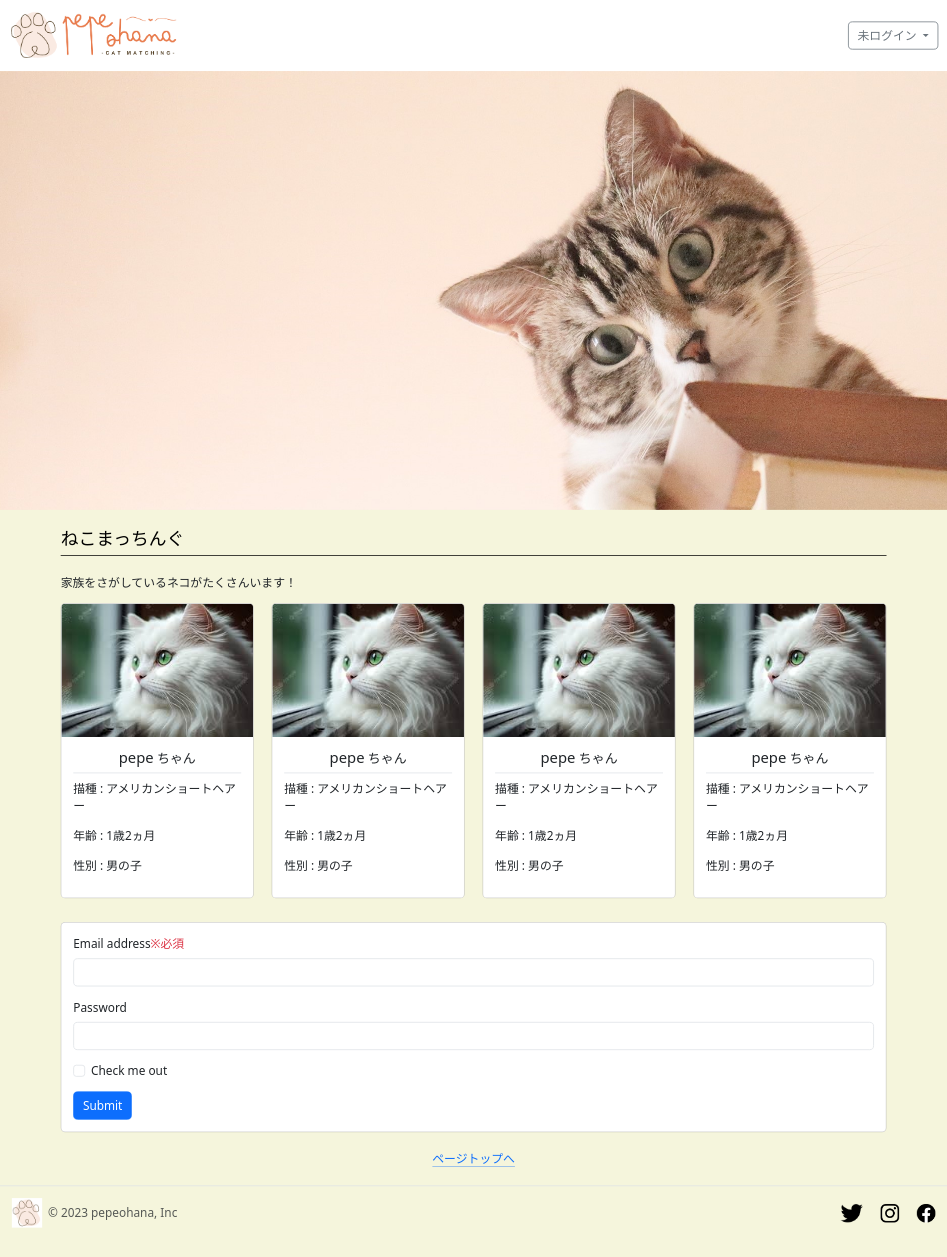
Repository: sakuwell/pepe
Page: http://localhost/PepeOhana/
An editor plug-in stored every save of this project. The page is shown before and after the next save, followed by the edit.
The browser window is 1280 px wide. The pictures show the whole page, at 74% of full size.
The page is served by Tomcat 9. Other server files are loaded and not shown.

Above is the page before, as saved 2023-09-06 05:37:02.

### ExWorkSpace/PepeOhana/src/main/webapp/index.jsp
<%@ page language="java" contentType="text/html; charset=UTF-8"
    pageEncoding="UTF-8"%>
<%@ page import="model.UsersInfoDto" %>

<!DOCTYPE html>
<html lang="ja">
<head>
    <meta charset="UTF-8">
    <meta name="viewport" content="width=device-width, initial-scale=1.0">
    <!-- Bootstrap CSS -->
    <link href="https://cdn.jsdelivr.net/npm/bootstrap@5.3.0/dist/css/bootstrap.min.css" rel="stylesheet" integrity="sha384-9ndCyUaIbzAi2FUVXJi0CjmCapSmO7SnpJef0486qhLnuZ2cdeRhO02iuK6FUUVM" crossorigin="anonymous">
    <script src="https://cdn.jsdelivr.net/npm/bootstrap@5.3.0/dist/js/bootstrap.bundle.min.js" integrity="sha384-geWF76RCwLtnZ8qwWowPQNguL3RmwHVBC9FhGdlKrxdiJJigb/j/68SIy3Te4Bkz" crossorigin="anonymous"></script>
    <title>Top | pepeohana</title>
</head>

<%
    // セッションを取得
	UsersInfoDto userInfoOnSession = (UsersInfoDto)session.getAttribute("LOGIN_INFO");
	boolean isLoggedIn = false;
	String userName = "";
	//HttpSession mysession = request.getSession(true);

    // セッションが存在し、username属性もセットされている場合はログイン済み
    if (userInfoOnSession != null) {
		userName = userInfoOnSession.getUserName();
        isLoggedIn = true;
    }
%>

<body  style="background-color:beige;">
	<% if (isLoggedIn) { %>
    <!-- ログイン済ヘッダー -->
    <nav class="navbar navbar-expand-lg navbar-light bg-white">
        <div class="container-fluid">
            <a class="navbar-brand" href="index.jsp">
                <img src="images/pepe_ohana_logo.png" alt="ページロゴ" width="auto" height="70">
            </a>
            <div class="btn-group">
                <button type="button" class="btn btn-secondary dropdown-toggle" data-bs-toggle="dropdown" aria-expanded="false">
                    userName
                </button>
                <ul class="dropdown-menu dropdown-menu-end">
                    <li><a class="dropdown-item" href="<%=request.getContextPath()%>/ExeMyPage">マイページ</a></li>
                    <li><a class="dropdown-item" href="<%=request.getContextPath()%>/ExeLogout">ログアウト</a></li>
                </ul>
            </div>
        </div>
    </nav>
    <!-- ログイン済ヘッダーここまで -->
    <% } else { %>
    <!-- 未ログインヘッダー -->
    <nav class="navbar navbar-expand-lg navbar-light bg-white">
    	<div class="container-fluid">
        	<a class="navbar-brand" href="index.jsp">
          		<img src="images/pepe_ohana_logo.png" alt="ページロゴ" width="auto" height="70">
          	</a>
         	<div class="btn-group">
            	<button type="button" class="btn btn-outline-secondary dropdown-toggle" data-bs-toggle="dropdown" aria-expanded="false">
             		 未ログイン
            	</button>
            	<ul class="dropdown-menu dropdown-menu-end">
              		<li><a class="dropdown-item" href="jsp/Login.jsp">ログイン</a></li>
              		<li><a class="dropdown-item" href="jsp/registUser.jsp">新規ユーザー登録</a></li>
            	</ul>
          	</div>
        </div>
    </nav>
    <!-- 未ログインヘッダーここまで -->
    <% } %>


    <!-- ヒーロー画像 -->
    <img class="img-fluid mb-4" src="images/hero_index.jpg"  alt="index画像" style="max-height:600px; width:100%; object-fit: cover;">

    <!-- ここから下　ページごとの内容 -->
    <div class="container">
        <div class="h4 pb-2 mb-4 text-black border-bottom border-black">
            ねこまっちんぐ
        </div>
            <p>家族をさがしているネコがたくさんいます！</p>
        <!-- 猫カードエリア -->
        <div class="row">
           <!-- カードのコンテンツ1 -->
           <div class="col-6 col-md-4 col-lg-3">
                <div class="card mb-3">
                	<img src="images/cat_2.jpg" style="height:180px; width: 100%; object-fit: cover;" class="card-img-top" alt="猫画像">
                    <div class="card-body">
                        <h5 class="card-title text-center border-bottom pb-2">pepe<small> ちゃん</small></h5>
                        <p class="card-text text-right">描種 : アメリカンショートヘアー</p>
                        <p class="card-text text-right">年齢 : 1歳2ヵ月</p>
                        <p class="card-text text-right">性別 : 男の子</p>
                        <div class="d-flex justify-content-center">
                            <a href="#" class="stretched-link"></a>
                        </div>
                    </div>
                </div>
            </div>
           <!-- カードのコンテンツ2 -->
           <div class="col-6 col-md-4 col-lg-3">
                <div class="card mb-3">
                	<img src="images/cat_2.jpg" style="height:180px; width: 100%; object-fit: cover;" class="card-img-top" alt="猫画像">
                    <div class="card-body">
                        <h5 class="card-title text-center border-bottom pb-2">pepe<small> ちゃん</small></h5>
                        <p class="card-text text-right">描種 : アメリカンショートヘアー</p>
                        <p class="card-text text-right">年齢 : 1歳2ヵ月</p>
                        <p class="card-text text-right">性別 : 男の子</p>
                        <div class="d-flex justify-content-center">
                            <a href="#" class="stretched-link"></a>
                        </div>
                    </div>
                </div>
            </div>
           <!-- カードのコンテンツ3 -->
           <div class="col-6 col-md-4 col-lg-3">
                <div class="card mb-3">
                	<img src="images/cat_2.jpg" style="height:180px; width: 100%; object-fit: cover;" class="card-img-top" alt="猫画像">
                    <div class="card-body">
                        <h5 class="card-title text-center border-bottom pb-2">pepe<small> ちゃん</small></h5>
                        <p class="card-text text-right">描種 : アメリカンショートヘアー</p>
                        <p class="card-text text-right">年齢 : 1歳2ヵ月</p>
                        <p class="card-text text-right">性別 : 男の子</p>
                        <div class="d-flex justify-content-center">
                            <a href="#" class="stretched-link"></a>
                        </div>
                    </div>
                </div>
            </div>
           <!-- カードのコンテンツ4 -->
           <div class="col-6 col-md-4 col-lg-3">
                <div class="card mb-3">
                	<img src="images/cat_2.jpg" style="height:180px; width: 100%; object-fit: cover;" class="card-img-top" alt="猫画像">
                     <div class="card-body">
                         <h5 class="card-title text-center border-bottom pb-2">pepe<small> ちゃん</small></h5>
                         <p class="card-text text-right">描種 : アメリカンショートヘアー</p>
                         <p class="card-text text-right">年齢 : 1歳2ヵ月</p>
                         <p class="card-text text-right">性別 : 男の子</p>
                         <div class="d-flex justify-content-center">
                             <a href="#" class="stretched-link"></a>
                         </div>
                     </div>
                 </div>
            </div>
		</div>

        <!-- 検索フォームエリア -->
        <div class="card mt-3 p-3">
         	<form action="#">
				<div class="mb-3">
	 				<label for="exampleInputEmail1" class="form-label">Email address<span class="text-danger">※必須</span></label>
	 				<input type="email" class="form-control" id="exampleInputEmail1" aria-describedby="emailHelp">
	 				<div id="emailHelp" class="form-text">

	 				</div>
				</div>
				<div class="mb-3">
					<label for="exampleInputPassword1" class="form-label">Password</label>
	 				<input type="password" class="form-control" id="exampleInputPassword1">
				</div>
				<div class="mb-3 form-check">
					<input type="checkbox" class="form-check-input" id="exampleCheck1">
	 				<label class="form-check-label" for="exampleCheck1">Check me out</label>
				</div>
				<button type="submit" class="btn btn-primary">Submit</button>
			</form>
		</div>

	</div>
    <!-- ここまで　ページごとの内容 -->

    <!-- フッター -->
    <div class="text-center mt-4">
        <a class="icon-link icon-link-hover" href="#">
            ページトップへ
        </a>
	</div>
	<footer class="d-flex flex-wrap justify-content-between align-items-center py-3 my-4 border-top">
    	<div class="col-md-4 d-flex align-items-center ms-3">
        	<a href="index.jsp" class="mb-3 me-2 mb-md-0"><img alt="ロゴ画像" src="images/nikukyu_logo.png" width="auto" height="40"></a>
          	<span class="mb-3 mb-md-0 text-body-secondary">© 2023 pepeohana, Inc</span>
        </div>
        <ul class="nav col-md-4 justify-content-end list-unstyled d-flex me-3">
            <li><a href="#"><img src=images/twitter_logo.png width="auto" height="25"></a></li>
            <li class="ms-4"><a href="#"><img src=images/insta_logo.png width="auto" height="25"></a></li>
            <li class="ms-4"><a href="#"><img src=images/facebook_logo.png width="auto" height="25"></a></li>
        </ul>
	</footer>
    <!-- フッター　ここまで -->

</body>
</html>

After the next save:
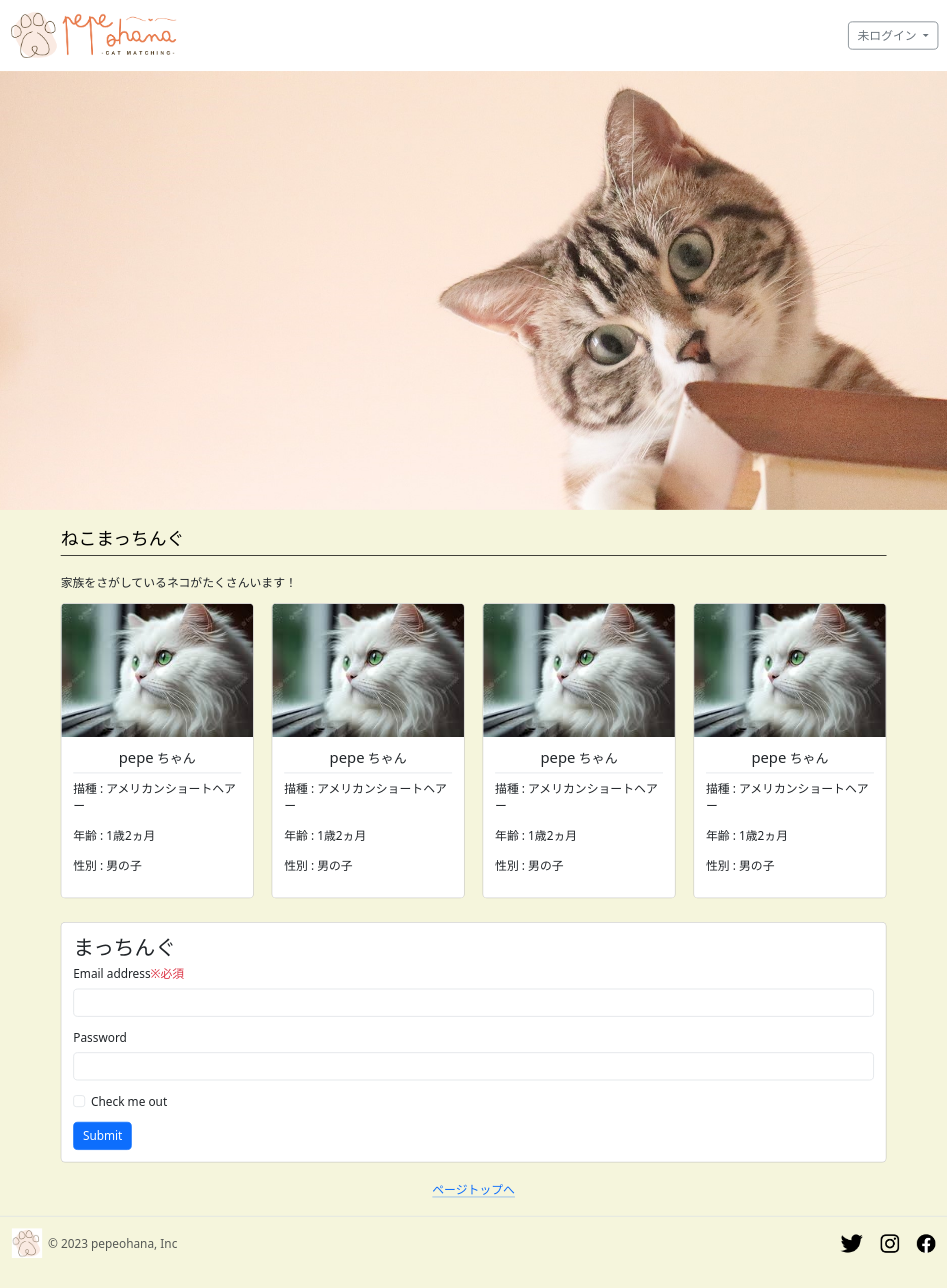
Saved 88 s later.
--- a/ExWorkSpace/PepeOhana/src/main/webapp/index.jsp
+++ b/ExWorkSpace/PepeOhana/src/main/webapp/index.jsp
@@ -145,6 +145,7 @@
         <!-- 検索フォームエリア -->
         <div class="card mt-3 p-3">
          	<form action="#">
+         		<h3>まっちんぐ</h3>
 				<div class="mb-3">
 	 				<label for="exampleInputEmail1" class="form-label">Email address<span class="text-danger">※必須</span></label>
 	 				<input type="email" class="form-control" id="exampleInputEmail1" aria-describedby="emailHelp">
